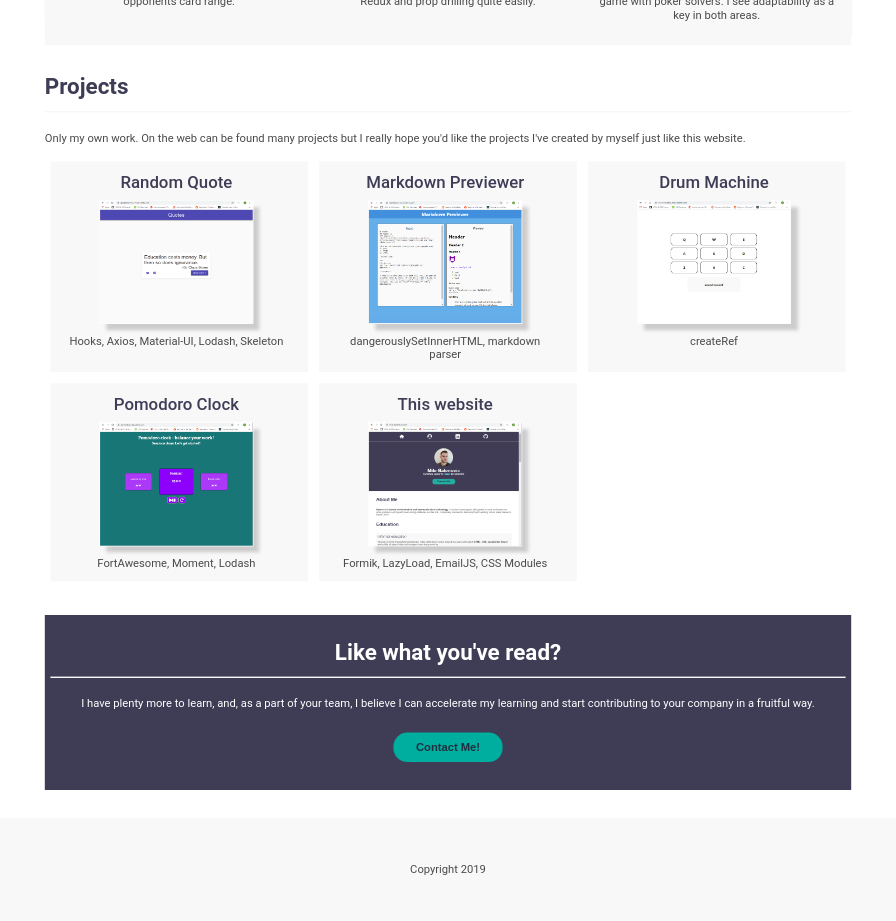
Repository: milac0/my-website
Page: /
An editor plug-in stored every save of this project. The page is shown before and after the next save, followed by the edit.
The browser window is 1280 px wide. The pictures show the part of the page from y = 1521 to 3441 px (the page is 2837 px tall before and 3441 px after), at 70% of full size.
The project was rebuilt for these pictures with package versions that can differ from the ones it lists, and the page was loaded fresh each time. Also part of the build but not shown: src/components/formContact.module.css, src/components/FormContact.js, src/pages/contact.module.css, src/pages/Contact.js. Imported but missing from the stored project, and not drawn on this page: src/resume.pdf.

Above is the page before, as saved 2019-10-29 20:03:11.

### public/index.html
<!DOCTYPE html>
<html lang="en">
  <head>
    <meta charset="utf-8" />
    <link rel="icon" href="%PUBLIC_URL%/favicon.ico" />
    <meta name="viewport" content="width=device-width, initial-scale=1" />
    <meta name="theme-color" content="#000000" />
    <meta
      name="description"
      content="Web site created using create-react-app"
    />
    <!--
      manifest.json provides metadata used when your web app is installed on a
      user's mobile device or desktop. See https://developers.google.com/web/fundamentals/web-app-manifest/
    -->
    <link rel="manifest" href="%PUBLIC_URL%/manifest.json" />
    <!--
      Notice the use of %PUBLIC_URL% in the tags above.
      It will be replaced with the URL of the `public` folder during the build.
      Only files inside the `public` folder can be referenced from the HTML.

      Unlike "/favicon.ico" or "favicon.ico", "%PUBLIC_URL%/favicon.ico" will
      work correctly both with client-side routing and a non-root public URL.
      Learn how to configure a non-root public URL by running `npm run build`.
    -->
    <title>Mile Balenovic</title>
  </head>
  <body>
    <noscript>You need to enable JavaScript to run this app.</noscript>
    <div id="root"></div>
    <!--
      This HTML file is a template.
      If you open it directly in the browser, you will see an empty page.

      You can add webfonts, meta tags, or analytics to this file.
      The build step will place the bundled scripts into the <body> tag.

      To begin the development, run `npm start` or `yarn start`.
      To create a production bundle, use `npm run build` or `yarn build`.
    -->
  </body>
</html>

### src/index.css
html, body {
  height: 100%;
}

body {
  margin: 0;
  font-family: 'Roboto', sans-serif;
  -webkit-font-smoothing: antialiased;
  -moz-osx-font-smoothing: grayscale;
}

/*****
  Navbar & Hero
*****/

header,
.hero {
  background:#3F3D56;
  border-bottom: 0.1px solid #ffffff;
  text-align: center;
}

.hero {
  margin-bottom: 2em;
}

.container {
  width: 90%;
  max-width: 1200px;
  margin: 0 auto;
}

nav li {
  list-style: none;
  max-width: 400px;
  margin: 0 auto;
  display: flex;
  justify-content: space-evenly;
  align-items: center;
}

.nav-item:hover {
  filter: invert(0.1);
}
nav ul {
  padding: 0;
}

.hero {
  margin-bottom: 2.5em;
}

.hero-profile {
  padding: 3em 0;
}

.hero-profile-image {
  width: 128px;
  height: 128px;
  background-color: #F8F8F9;
  margin: 0 auto;
  margin-bottom: 0.5em;
  border-radius: 50%;
}

.hero-profile-title,
.hero-profile-subtitle {
  color: #ffffff;
}

.hero-profile h1 {
  margin: 0;
  font-size: 2rem;
}

.hero-profile p {
  font-size: 1rem;
  margin: 0;
  margin-top: -0.25rem;
  margin-bottom: 1.5em;
}

.hero-profile-subtitle strong {
  font-weight: 700;
  color: #61dafb;
}

.button-cta,
.button-home {
  background: #00AEA0;
  color: #1f2e3f;
  padding: 0.75em 2em;
  border: none;
  border-radius: 20px;
  font-size: 1rem;
  font-weight: 700;
  text-decoration: none;
}

.button-cta:hover,
.button-cta:focus {
  background: #00C1B1;
  color: #1f2e3f;
  cursor: pointer;
}

.button-home {
  background: #ffffff;
  border: 2px solid #1f2e3f;
  padding: 0.3em 1em;
}

.button-home:hover,
.button-home:focus {
  border: 2px solid #ffffff;
 filter: invert(0.1);
}

/*****
  Typography
*****/

h1 {
  color: #3F3D56;
}

h2 {
  color: #3F3D56;
  font-size: 1.5rem;
  font-weight: 500;
  margin: 0;
}

p,
ul {
  color: #4a4a4a;
}

.section-skill h2 {
  color: #1F2E3F;
  font-size: 1.25rem;
  font-weight: 400;
  margin: 0;
}

.section-body {
  font-size: 1rem;
  margin-bottom: 1em;
}

#section-cta .section-title,
#section-cta .section-body {
  color: #ffffff;
}

/*****
  Layout
*****/
section {
  margin-bottom: 2.5em;
}

.section-title {
  border-bottom: 2px solid #F8F8F9;
  font-size: 2rem;
  padding-bottom: 0.5em;
}

.article-education,
.section-skill {
  box-shadow: 2px 2px #F8F8F9;
  border: 2px solid #F8F8F9;
  margin-bottom: 1em;
  padding: 0.5em;
}

.article-education li{
  margin-bottom: 0.5em;
}

.section-skill {
  background: #F8F8F9;
  text-align: center;
}

.section-skill p {
  margin: 0;
}

.responsive-container {
    width: 100%;
    padding-bottom: 56.25%; /* 9/16 = aspect ratio of image */
    position: relative;
    margin: 0 auto 1em auto;
}

.section-skill-image {
  height: 100%;
  width: 100%;
  position: absolute;
  left: 0;
  right: 0;
  margin: auto;
}

article {
  background: #F8F8F9;
  padding: 1em 2em 0.5em 1.5em;
  margin-bottom: 0.5em;
}

article p {
  margin-top: 1em;
  margin-bottom: 0.5em;
}

article h2 {
  margin-bottom: 0.5em;
}

.projects article {
  text-align: center;
}

.project-image {
  height: 100%;
  width: 70%;
  position: absolute;
  left: 0;
  right: 0;
  top: 0;
  bottom: 0;
  margin: auto;
  cursor: pointer;
  border: 1px solid #fff;
  box-shadow: 10px 10px 5px #ccc;
}

.project-image:hover {
  filter: invert(0.1);
}

#section-cta {
  padding-bottom: 5em;
  background: #3F3D56;
}

#section-cta{
  text-align: center;
  padding: 0.5em;
}

#section-cta .button-cta {
  margin: 1em 0 2em 0;
}

footer {
  background: #F8F8F9;
  padding: 3em 0;
  width: 100%;
  text-align: center;
  flex-shrink: 0;
}

.invalid-feedback {
  color: #D8000C;
  font-size: 0.75rem;
  font-family: 'Roboto', sans-serif;
}

@media (min-width: 752px) {
  nav li {
    max-width: 100%;
    margin: 0 auto;
    display: flex;
    justify-content: flex-end;
    align-items: center;
    position: relative;
  }

  nav ul {
    margin-left: 3em;
  }

  .nav-home-item {
    position: absolute;
    left: 0;
    margin: 0;
  }

  .articles-education {
    display: flex;
    flex-direction: row;
    justify-content: space-between;
  }

  .education-one {
    margin-right: 0.5em;
  }

  .education-two {
    margin-left: 0.5em;
  }

  .section-skills {
    background: #F8F8F9;
    display: flex;
    flex-direction: row;
    align-items: baseline;
  }
  .section-skill {
    flex: 1 1 200px;
    padding: 1em;
  }

  .projects {
    display: grid;
    grid-template-columns: repeat(auto-fit,minmax(320px, 1fr));
   }

   .projects article {
    margin: 0.5em;
  }
}

### src/App.js
import React from 'react';
import {
  BrowserRouter as Router,
  Switch,
  Route,
} from "react-router-dom";
import Home from './pages/Home'
import Contact from './pages/Contact';

function App() {
  return (
      <Router>
        <Switch>
        <Route path ="/" exact component={Home} />
        <Route path ="/contact" component={Contact} />
        </Switch>
      </Router>

  );
}

export default App;

### src/pages/Home.js
import React, { Fragment } from "react";
import Navbar from "../components/Navbar";
import Hero from "../components/Hero";
import AboutMe from "../components/AboutMe";
import Education from "../components/Education";
import Experience from "../components/Experience";
import Projects from "../components/Projects";
import SectionCTA from "../components/SectionCTA";
import Footer from "../components/Footer";

const Home = () => {
  return (
    <Fragment>
      <Navbar />
      <Hero />
      <main>
        <div className="container">
          <AboutMe />
          <Education />
          <Experience />
          <Projects />
          <SectionCTA />
        </div>
      </main>
      <Footer />
    </Fragment>
  );
};

export default Home;

### src/components/Navbar.js
import React from "react";
import { Link } from "react-router-dom";

import resumeIcon from "../images/resume.png";
import linkedinIcon from "../images/linkedin.png";
import githubIcon from "../images/github.png";
import homeIcon from "../images/home.png";
import resumePdf from "../resume.pdf";

//mui
import Tooltip from "@material-ui/core/Tooltip";

const Navbar = () => {
  return (
    <header>
      <div className="container">
        <nav>
          <li>
            <ul className="nav-home-item">
              <Tooltip title="Home">
                <Link to="/">
                  <img className="nav-item" src={homeIcon} alt="home" />
                </Link>
              </Tooltip>
            </ul>
            <ul>
              <Tooltip title="Resume">
                <a href={resumePdf} download target="_self">
                  <img className="nav-item" src={resumeIcon} alt="resume" />
                </a>
              </Tooltip>
            </ul>
            <ul>
              <Tooltip title="Linkedin">
                <a
                  href="https://www.linkedin.com/in/mile-balenovi%C4%87-a4ab9188/"
                  target="_blank"
                  rel="noopener noreferrer"
                >
                  <img className="nav-item" src={linkedinIcon} alt="linkedin" />
                </a>
              </Tooltip>
            </ul>
            <ul>
              <Tooltip title="Github">
                <a
                  href="https://github.com/milac0"
                  target="_blank"
                  rel="noopener noreferrer"
                >
                  <img className="nav-item" src={githubIcon} alt="github" />
                </a>
              </Tooltip>
            </ul>
          </li>
        </nav>
      </div>
    </header>
  );
};

export default Navbar;

### src/components/Hero.js
import React from "react";
import { Link } from "react-router-dom";
import profileImg from "../images/profile.png";

const Hero = () => {
  return (
    <div className="hero">
      <div className="container">
        <div className="hero-profile">
          <div className="hero-profile-image">
            <img src={profileImg} alt="profile" />
          </div>
          <h1 className="hero-profile-title">Mile Balenovic</h1>
          <p className="hero-profile-subtitle">
            Switching career to <strong>React</strong> development
          </p>
          <Link to="/contact">
            <button className="button-cta">Contact Me!</button>
          </Link>
        </div>
      </div>
    </div>
  );
};

export default Hero;

### src/components/AboutMe.js
import React from "react";

const AboutMe = () => {
  return (
    <section>
      <h1 className="section-title">About Me</h1>
      <p className="section-body">
        <strong>
          Master of Science in Information and Communication Technology.
        </strong>{" "}
        Constant learning and skill growth motivate me, while problem-solving
         and overcoming obstacles excite me. Completely involved
        in JavaScript upon ending online poker career in March 2019.
      </p>
    </section>
  );
};

export default AboutMe;

### src/components/Education.js
import React from "react";

const Education = () => {
  return (
    <section>
      <h1 className="section-title">Education</h1>
      <div className="articles-education">
      <article className="article-education education-one">
        <h2>Informal Education</h2>
        <p>
          Internet is full of programming materials. Sites listed down below
          helped me learn a lot about
          <strong> HTML</strong>, <strong>CSS</strong>,{" "}
          <strong>JavaScript</strong>,<strong> React</strong> and a little bit
          about other technologies from the ground up
        </p>
        <ul>
          <li>freeCodeCamp.org</li>
          <li>Udemy courses from Andrew Mead and Maximilian Schwarzmüller</li>
          <li>
            Youtube tutorials from channels: classNameed, The Net Ninja, Travery
            Media{" "}
          </li>
          <li>MDN</li>
          <li>W3Schools</li>
          <li>stackoverflow</li>
        </ul>
      </article>
      <article className="article-education education-two">
        <h2>Formal Education</h2>
        <ul>
          <li>
            <strong>
              University of Zagreb, Faculty of Electrical Engineering and
              Computing
            </strong>
            , Master of Science in Information and Communication Technology -
            Oct 2011 - Sep 2014
          </li>
          <li>
            <strong>
              University of Zagreb, Faculty of Electrical Engineering and
              Computing
            </strong>
            , Bachelor of Science in Computing - Oct 2008 - Jun 2011
          </li>
          <li>
            <strong>Technical School of Ruđer Bošković</strong> - Sep 2004 - May
            2008
          </li>
        </ul>
      </article>
      </div>
    </section>
  );
};

export default Education;

### src/components/Experience.js
import React from "react";
import LazyLoad from "react-lazyload";
import analyticalImg from "../images/analytical.svg";
import patternImg from "../images/pattern.svg";
import adaptiveImg from "../images/adaptive.svg";

const Experience = () => {
  return (
    <section>
      <h1 className="section-title">Experience</h1>
      <p className="section-body">
        I have a work experience as a self-employed online poker player. You may
        be asking what does it mean to you as a potential employer. Online poker
        made me develop skills that are translatable into programming
      </p>
      <div className="section-skills">
      <div className="section-skill">
      <div className="section-skill-image-container">
        <LazyLoad>
          <div className="responsive-container">
          <img
            className="section-skill-image"
            src={analyticalImg}
            alt="analytical"
          />
          </div>
        </LazyLoad>
        </div>
        <h2>Analytical and Systematic Approach</h2>
        <p>
          There is not a lot difference between finding out where the error happened
          and narrowing down opponents card range.
        </p>
      </div>
      <div className="section-skill">
        <LazyLoad>
        <div className="responsive-container">
          <img className="section-skill-image" src={patternImg} alt="pattern" />
          </div>
        </LazyLoad>
        <h2>Great Pattern Recognition</h2>
        <p>
          Everyone has a thinking pattern and it's very expressed in poker. It made
          me understand Redux and prop drilling quite easily.
        </p>
      </div>
      <div className="section-skill">
        <LazyLoad>
        <div className="responsive-container">
          <img className="section-skill-image" src={adaptiveImg} alt="" />
          </div>
        </LazyLoad>
        <h2>Adaptable</h2>
        <p>
          Poker has been evolving as fast as programming languages before
          getting very close to a solved game with poker solvers. I see adaptability
          as a key in both areas.
        </p>
      </div>
      </div>
    </section>
  );
};

export default Experience;

### src/components/Projects.js
import React from "react";
import LazyLoad from "react-lazyload";

import quoteImg from "../images/quote.PNG";
import markdownImg from "../images/markdown.PNG";
import pomodoroImg from "../images/pomodoro.PNG";
import drumImg from "../images/drum.PNG";
import thissiteImg from '../images/thissite.PNG'

const Projects = () => {
  return (
    <section>
      <h1 className="section-title">Projects</h1>
      <p className="section-body">
        Only my own work. On the web can be found many projects but I really hope
        you'd like the projects I've created by myself just like this website.
      </p>
      <div className="projects">
      <article>
        <h2>Random Quote</h2>
        <a
          href="https://quotemachine-milac.netlify.com/"
          target="_blank"
          rel="noopener noreferrer"
        >
          <LazyLoad>
          <div className="responsive-container">
            <img className="project-image" src={quoteImg} alt="quote-machine" />
            </div>
          </LazyLoad>
        </a>
        <p>Hooks, Axios, Material-UI, Lodash, Skeleton</p>
      </article>
      <article>
        <h2>Markdown Previewer</h2>
        <a
          href="https://markdown-milac.netlify.com/"
          target="_blank"
          rel="noopener noreferrer"
        >
          <LazyLoad>
          <div className="responsive-container">
            <img
              className="project-image"
              src={markdownImg}
              alt="markdown-previewer"
            />
            </div>
          </LazyLoad>
        </a>
        <p>dangerouslySetInnerHTML, markdown parser</p>
      </article>
      <article>
        <h2>Drum Machine</h2>
        <a
          href="https://drummachine-milac.netlify.com/"
          target="_blank"
          rel="noopener noreferrer"
        >
          <LazyLoad>
          <div className="responsive-container">
            <img className="project-image" src={drumImg} alt="drum-machine" />
            </div>
          </LazyLoad>
        </a>
        <p>createRef</p>
      </article>
      <article>
        <h2>Pomodoro Clock</h2>
        <a
          href="https://pomodoro-clo.netlify.com/"
          target="_blank"
          rel="noopener noreferrer"
        >
          <LazyLoad>
          <div className="responsive-container">
            <img
              className="project-image"
              src={pomodoroImg}
              alt="pomodoro clock"
            />
            </div>
          </LazyLoad>
        </a>
        <p>FortAwesome, Moment, Lodash</p>
      </article>
      <article>
        <h2>This website</h2>
        <a
          href="https://mile-balenovic.com/"
          target="_blank"
          rel="noopener noreferrer"
        >
          <LazyLoad>
          <div className="responsive-container">
            <img
              className="project-image"
              src={thissiteImg}
              alt="this website"
            />
            </div>
          </LazyLoad>
        </a>
        <p>Formik, LazyLoad, EmailJS, CSS Modules</p>
      </article>
      </div>
    </section>
  );
};

export default Projects;

### src/components/SectionCTA.js
import React from "react";
import { Link } from "react-router-dom";

const SectionCTA = () => {
  return (
    <section id="section-cta">
      <h1 className="section-title">Like what you've read?</h1>
      <p className="section-body">
        I have plenty more to learn, and, as a part of your team, I believe I can
        accelerate my learning and start contributing to your company in a fruitful way.
      </p>
      <Link to="/contact">
        <button className="button-cta">Contact Me!</button>
      </Link>
    </section>
  );
};

export default SectionCTA;

### src/components/Footer.js
import React from "react";

const Footer = () => {
  return (
    <footer>
      <p> Copyright 2019</p>
    </footer>
  );
};

export default Footer;

Loaded but not shown: src/index.js (common file)

After the next save:
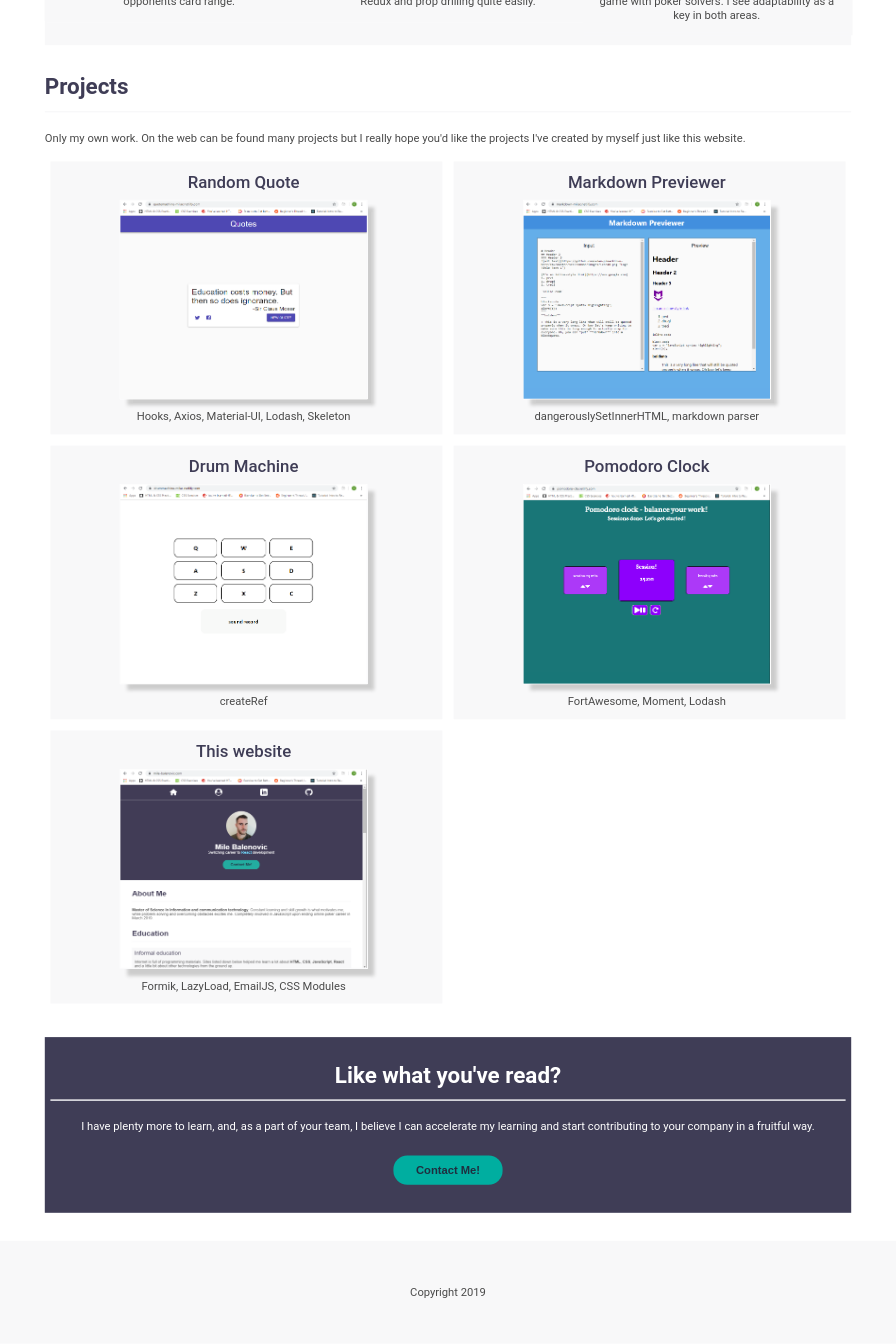
Saved 32 s later.
--- a/src/index.css
+++ b/src/index.css
@@ -315,7 +315,7 @@
 
   .projects {
     display: grid;
-    grid-template-columns: repeat(auto-fit,minmax(320px, 1fr));
+    grid-template-columns: repeat(auto-fit,minmax(420px, 1fr));
    }
 
    .projects article {

After the 2 saves that followed:
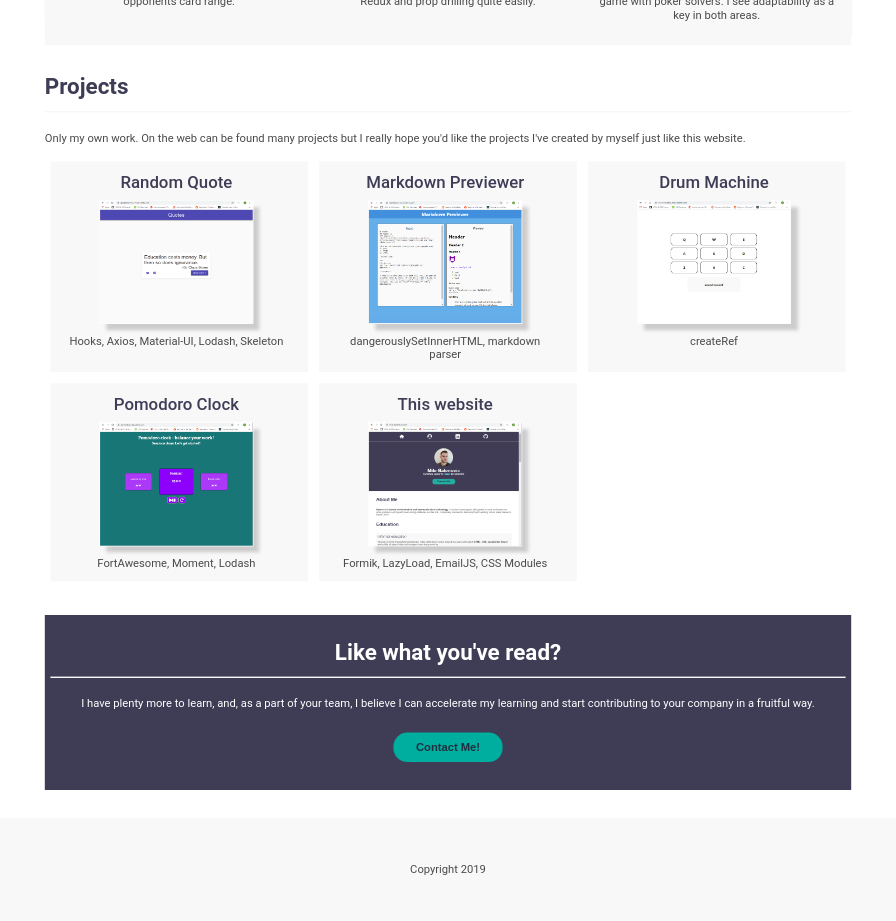
The 2 saves are shown as one change because 1 left the picture as it was.
The last was saved 57 s later.
--- a/src/index.css
+++ b/src/index.css
@@ -315,7 +315,7 @@
 
   .projects {
     display: grid;
-    grid-template-columns: repeat(auto-fit,minmax(420px, 1fr));
+    grid-template-columns: repeat(auto-fit,minmax(360px, 1fr));
    }
 
    .projects article {
